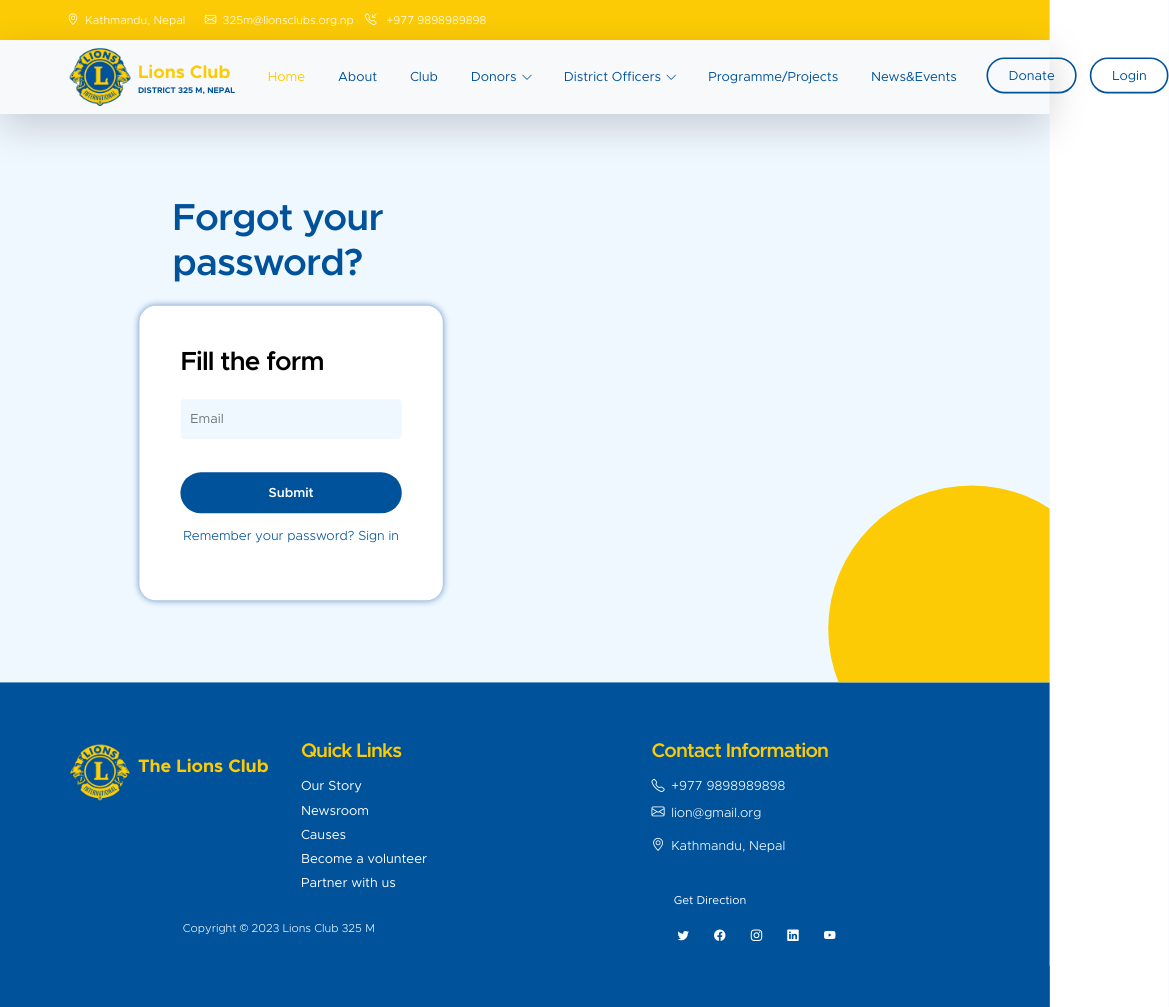
Repository: sandhya8109/Lions
Page: http://localhost/forget.php
These files come from the project's save history. The page is drawn as it stood at one moment and after the next save; the edit follows.
The browser window is 1280 px wide. The page is 1425 px wide, so the pictures cover 1425 px, including what lies to the right of the window. The pictures show the whole page, at 82% of full size.
The page is run by PHP 8.4 with error messages shown; the project is at /var/www/html/.

Above is the page before, as saved 2023-06-18 14:02:26.
Console error: TypeError: Cannot read properties of undefined (reading 'top')

After the next save:
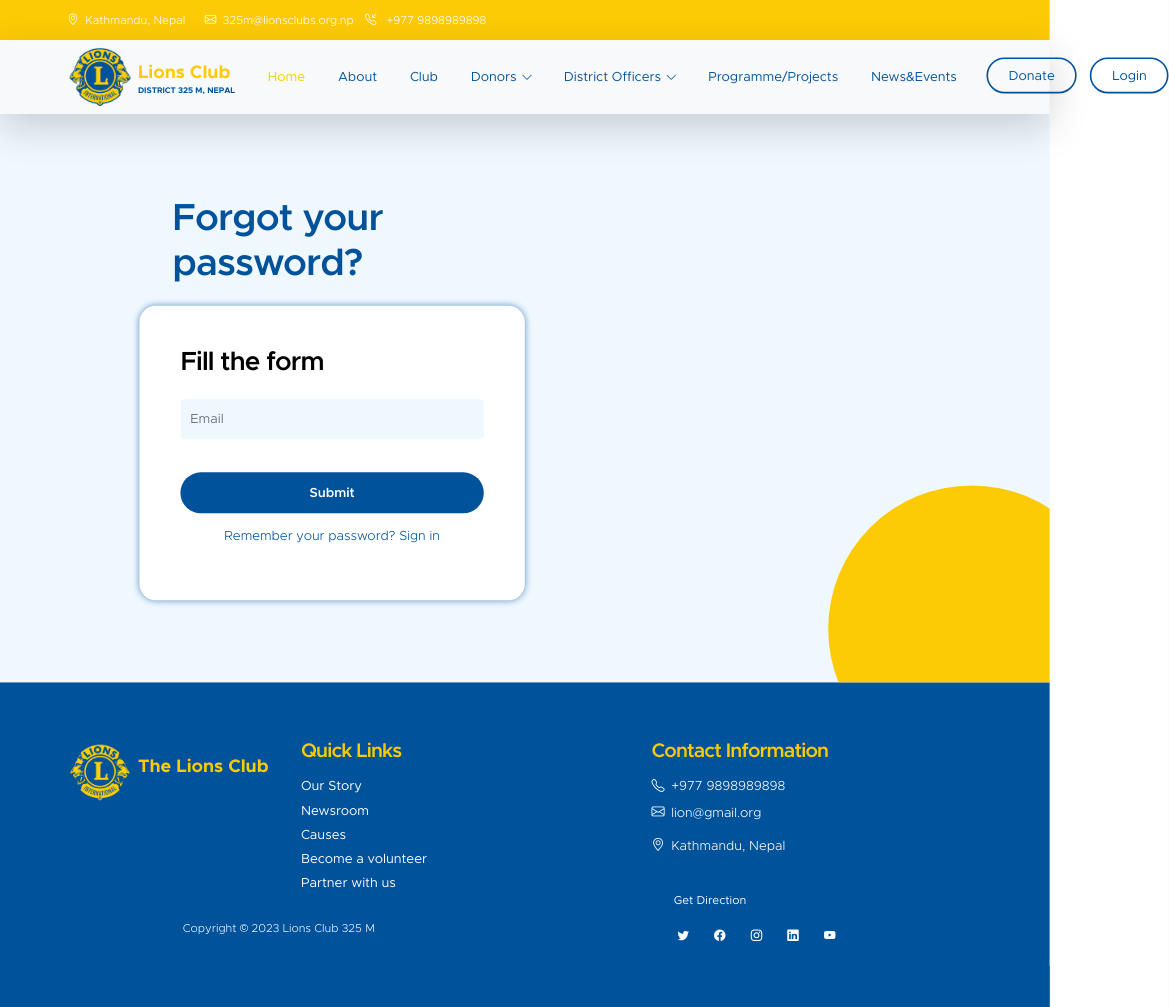
Saved 13 s later.
--- a/forget.php
+++ b/forget.php
@@ -5,7 +5,7 @@
     <div class="container">
         <div class="row">
 
-            <div class="col-lg-6 col-12" style=" padding-left:100px; padding-right:100px;">
+            <div class="col-lg-6 col-12" style=" padding-left:100px; padding-right:0px;">
                 <h2 class="mb-4" style="color:#00529b; padding-left:40px; ">Forgot your password?</h2>
                 <form class="custom-form volunteer-form mb-5 mb-lg-0" action="#" method="post" role="form"
                     style="box-shadow: 0 0 9px rgb(91, 139, 190);">
